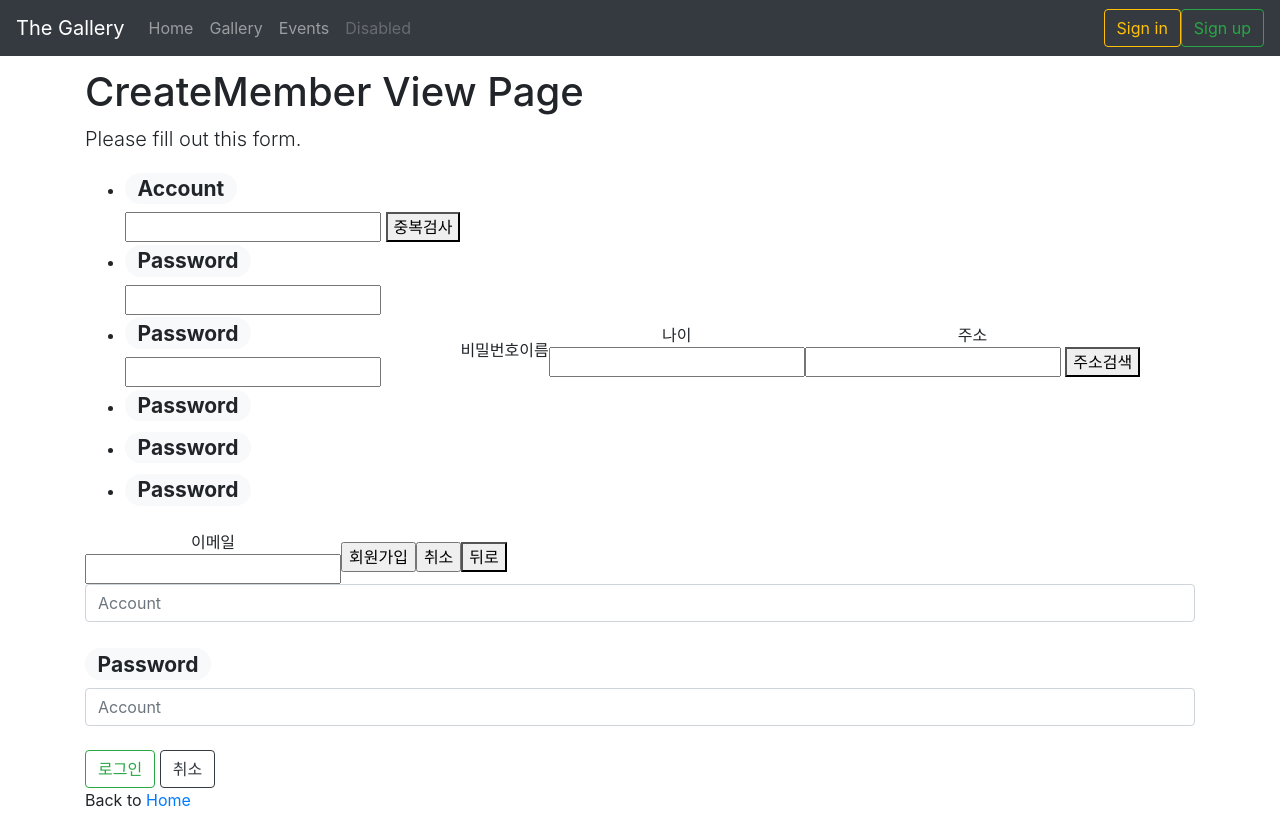
Repository: caramelsyrup/SpringProject1
Page: http://localhost/gallery/WEB-INF/views/member/createMember.jsp
These files come from the project's save history. The page is drawn as it stood at one moment and after the next save; the edit follows.
The browser window is 1280 px wide. The pictures show the whole page.
The page is served by Tomcat 9. Nobody is signed in. The template is opened directly, without the code that normally fills it, so the values that code supplies are empty.

Above is the page before, as saved 2020-11-17 03:45:56.

After the next save:
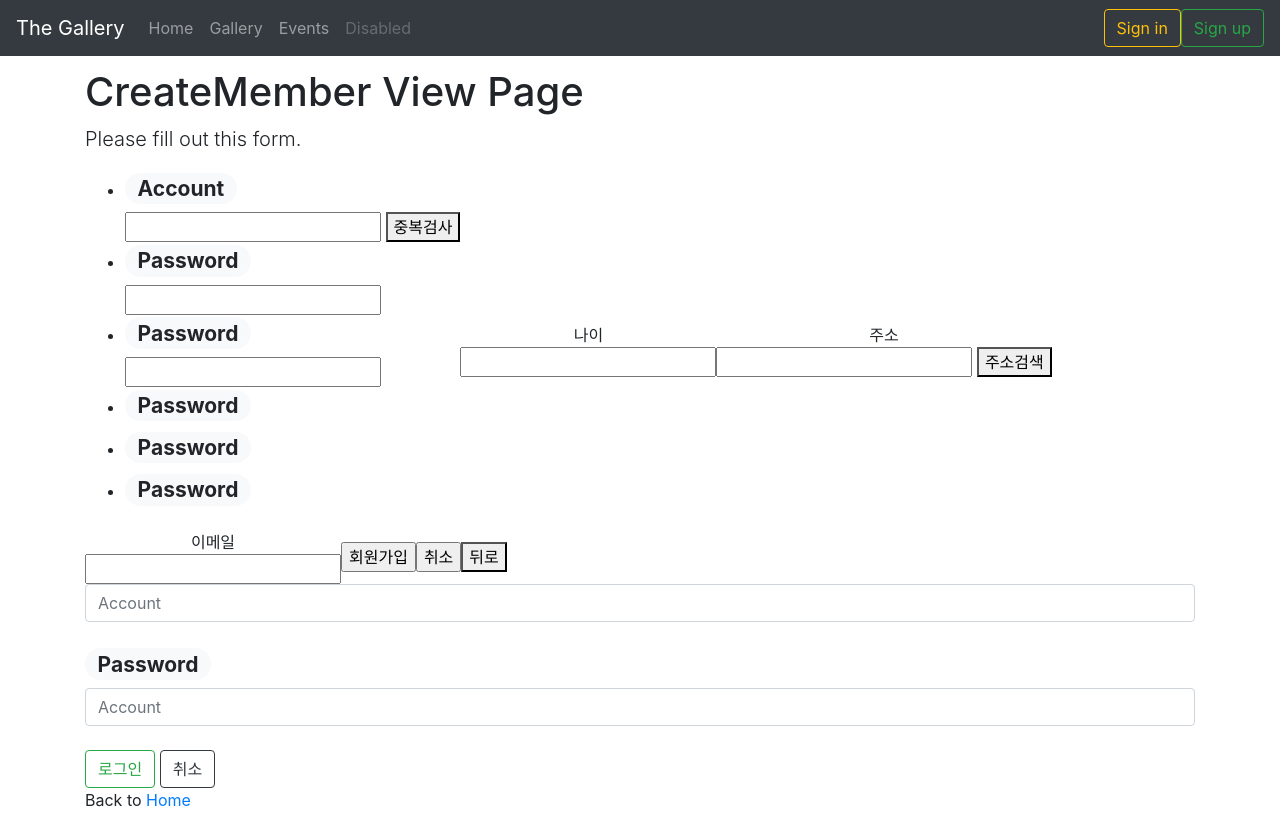
Saved 18 s later.
--- a/gallery/src/main/webapp/WEB-INF/views/member/createMember.jsp
+++ b/gallery/src/main/webapp/WEB-INF/views/member/createMember.jsp
@@ -39,14 +39,6 @@
 			</li>
 		</ul>
 		<div>
-			<label>비밀번호</label>
-
-		</div>
-		<div>
-			<label>이름</label>
-
-		</div>
-		<div>
 			<label>나이</label>
 			<!-- 회원 나이 -->
 			<input type="text" name="age" id="age"/>
